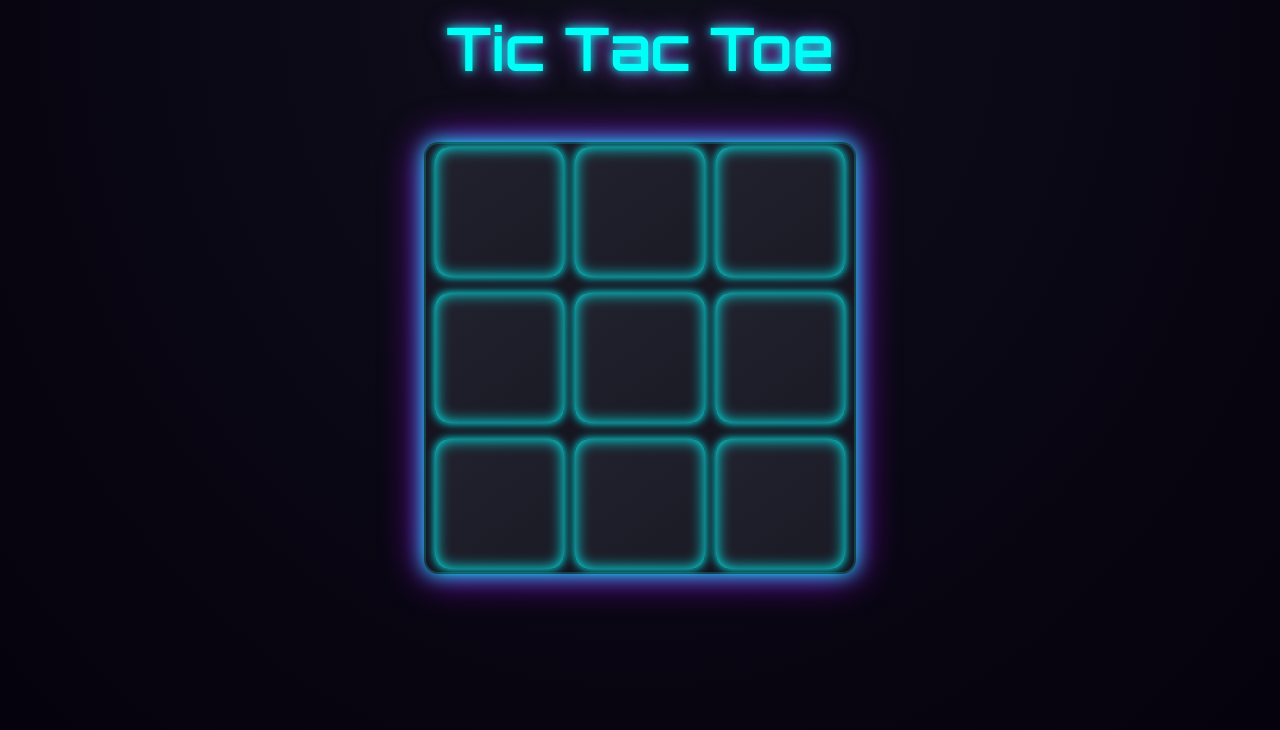
Repository: AreezAnsari/Tic-Tac-Toe
Page: Game/Game.html
The author's editor kept a copy of each file at every save. The page is drawn from the files as they stood at one save, then again after the next save.
The browser window is 1280 px wide. The pictures show the whole page.

Above is the page before, as saved 2025-07-22 06:47:46.
Console error: TypeError: box.addEventListener is not a function

After the next save:
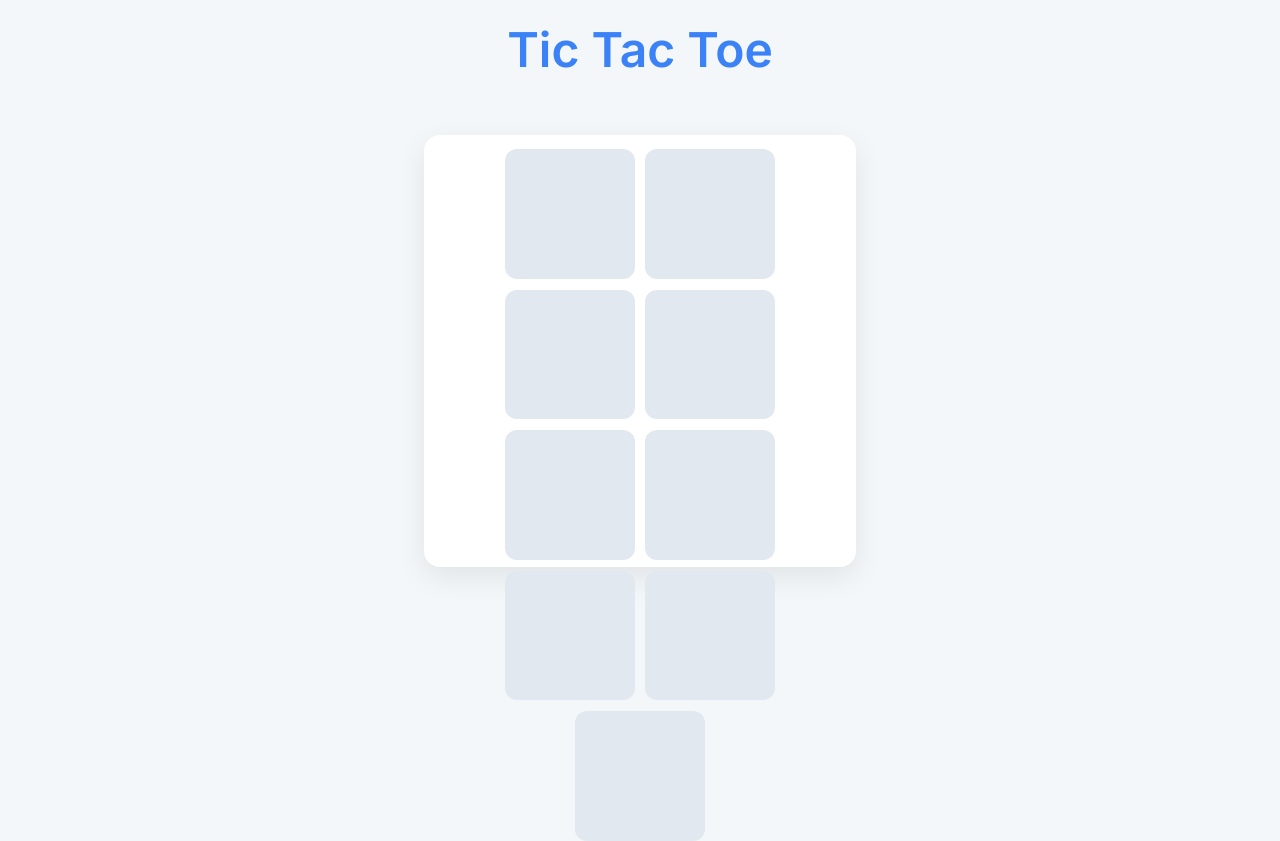
Saved 78 s later.
--- a/Game/Game.css
+++ b/Game/Game.css
@@ -1,30 +1,30 @@
-@import url('https://fonts.googleapis.com/css2?family=Orbitron:wght@600&display=swap');
+@import url('https://fonts.googleapis.com/css2?family=Inter:wght@400;600&display=swap');
 
 * {
   margin: 0;
   padding: 0;
   box-sizing: border-box;
-  font-family: 'Orbitron', sans-serif;
+  font-family: 'Inter', sans-serif;
 }
 
 body {
   text-align: center;
-  background: radial-gradient(ellipse at top, #0f0f1b 0%, #05010d 100%);
-  color: #ffffff;
+  background-color: #f4f7fa;
+  color: #333;
   min-height: 100vh;
-  overflow-x: hidden;
+  display: flex;
+  flex-direction: column;
+  align-items: center;
 }
 
 h1 {
-  color: #00fff7;
-  font-size: 60px;
-  margin-top: 10px;
+  color: #3b82f6;
+  margin-top: 20px;
   padding-bottom: 20px;
-  text-shadow: 0 0 10px #00fff7, 0 0 25px #a855f7;
+  font-size: 48px;
 }
 
 .container {
-  text-align: center;
   height: 70vh;
   display: flex;
   justify-content: center;
@@ -39,74 +39,62 @@
   flex-wrap: wrap;
   align-items: center;
   justify-content: center;
-  background: rgba(255, 255, 255, 0.05);
-  border-radius: 2vmin;
-  backdrop-filter: blur(12px);
-  box-shadow: 0 0 20px #0ff, 0 0 40px #a0f;
-  border: 2px solid rgba(0, 255, 255, 0.2);
+  background-color: #ffffff;
+  border-radius: 16px;
+  box-shadow: 0 10px 30px rgba(0, 0, 0, 0.08);
+  padding: 2vmin;
 }
 
 .box {
+  background-color: #e2e8f0;
+  color: #1e293b;
   height: 18vmin;
   width: 18vmin;
-  font-weight: bolder;
+  font-weight: 600;
   font-size: 3rem;
   border: none;
-  border-radius: 2vmin;
-  color: #00fff7;
-  background: linear-gradient(145deg, #22222e, #1a1a25);
-  box-shadow: inset 0 0 15px #0ff, 0 0 10px #0ff;
-  transition: all 0.3s ease;
+  border-radius: 12px;
+  transition: all 0.2s ease;
   cursor: pointer;
 }
 
 .box:hover {
-  transform: translateY(-4px) scale(1.03);
-  background: linear-gradient(145deg, #1c1c26, #2a2a3c);
-  box-shadow: 0 0 15px #ff00cc, 0 0 25px #00ffe7;
-  color: #ffffff;
+  background-color: #cbd5e1;
+  color: #3b82f6;
 }
 
 .box:active {
-  transform: scale(0.95);
-  box-shadow: 0 0 10px #00ffe7;
+  transform: scale(0.97);
 }
 
 .reset-btn, .new-btn {
-  margin-top: 3vmin;
+  margin-top: 2vmin;
   padding: 1vmin;
-  font-size: 2.5vmin;
-  font-weight: bold;
-  background: rgba(0, 0, 0, 0.4);
-  color: #00fff7;
-  border-radius: 1vmin;
+  font-size: 2.2vmin;
+  font-weight: 600;
+  background-color: #3b82f6;
+  color: #fff;
+  border-radius: 8px;
   width: 20vmin;
   height: 7vmin;
-  border: 1px solid #00fff7;
-  backdrop-filter: blur(10px);
-  box-shadow: 0 0 15px #00fff7, 0 0 25px #8e2de2;
+  border: none;
   cursor: pointer;
-  transition: all 0.3s ease-in-out;
+  transition: background-color 0.2s ease, transform 0.2s ease;
 }
 
 .reset-btn:hover, .new-btn:hover {
-  color: #fff;
-  background: rgba(0, 255, 255, 0.1);
-  transform: translateY(-3px) scale(1.02);
-  box-shadow: 0 0 20px #0ff, 0 0 40px #ff00ff;
+  background-color: #2563eb;
 }
 
 .reset-btn:active, .new-btn:active {
-  transform: scale(0.95);
-  box-shadow: 0 0 12px #00ffe7;
+  transform: scale(0.98);
 }
 
 .msg {
   padding: 10px;
   font-size: 7vmin;
-  color: #00fff7;
-  text-shadow: 0 0 15px #00fff7, 0 0 25px #a0f;
-  margin-top: 2rem;
+  color: #1e40af;
+  margin-top: 1rem;
 }
 
 .msg-container {
